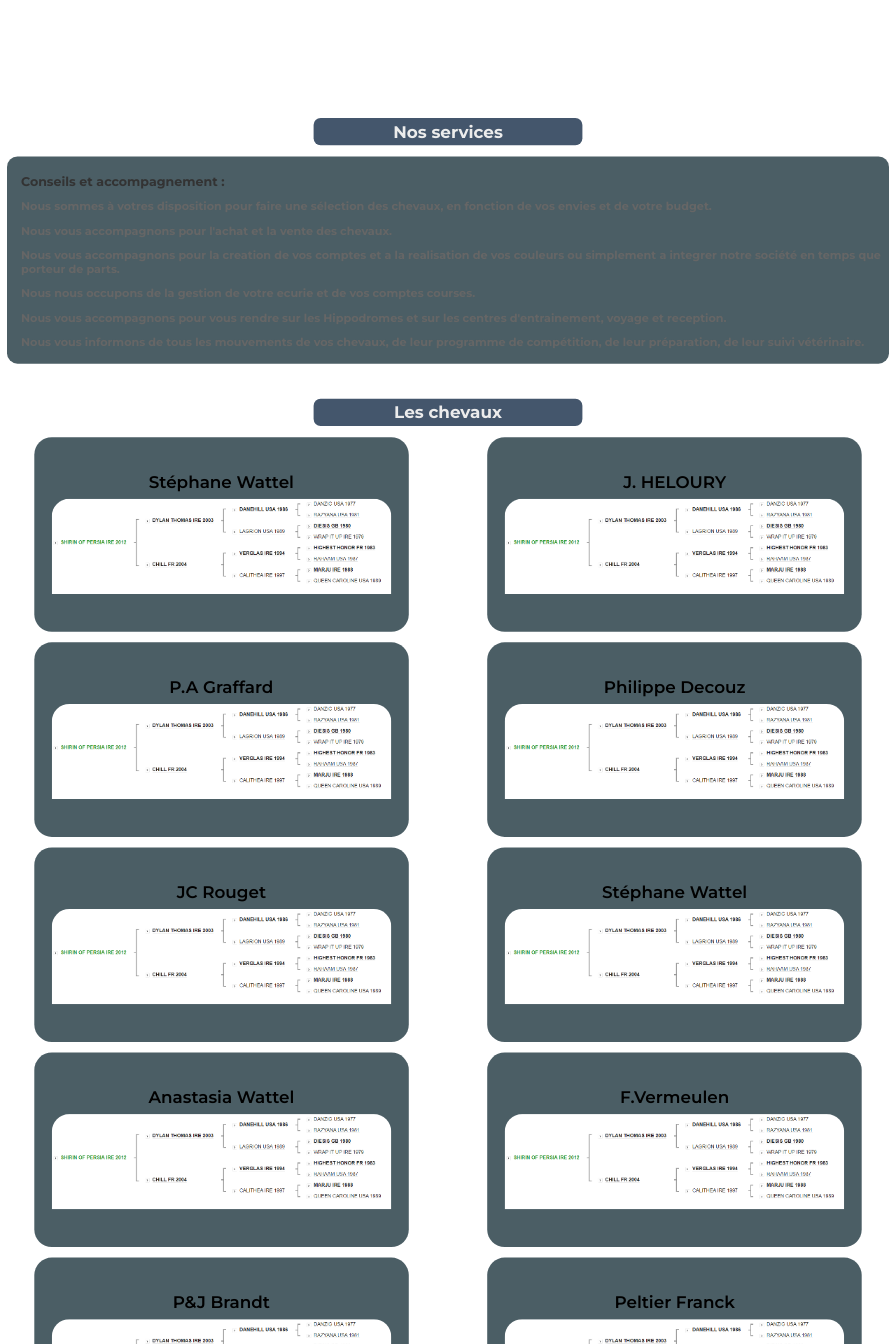
Repository: Vanitti/Site-web
Page: index.html
An editor plug-in stored every save of this project. The page is shown before and after the next save, followed by the edit.
The browser window is 1280 px wide. The pictures show the part of the page from y = 462 to 2382 px (the page is 4055 px tall), at 70% of full size.
Pictures or frames that could not be fetched are drawn as grey boxes. Some web libraries are served in a nearby version.

Above is the page before, as saved 2023-06-24 15:15:19.
Not found: app.js

After the next save:
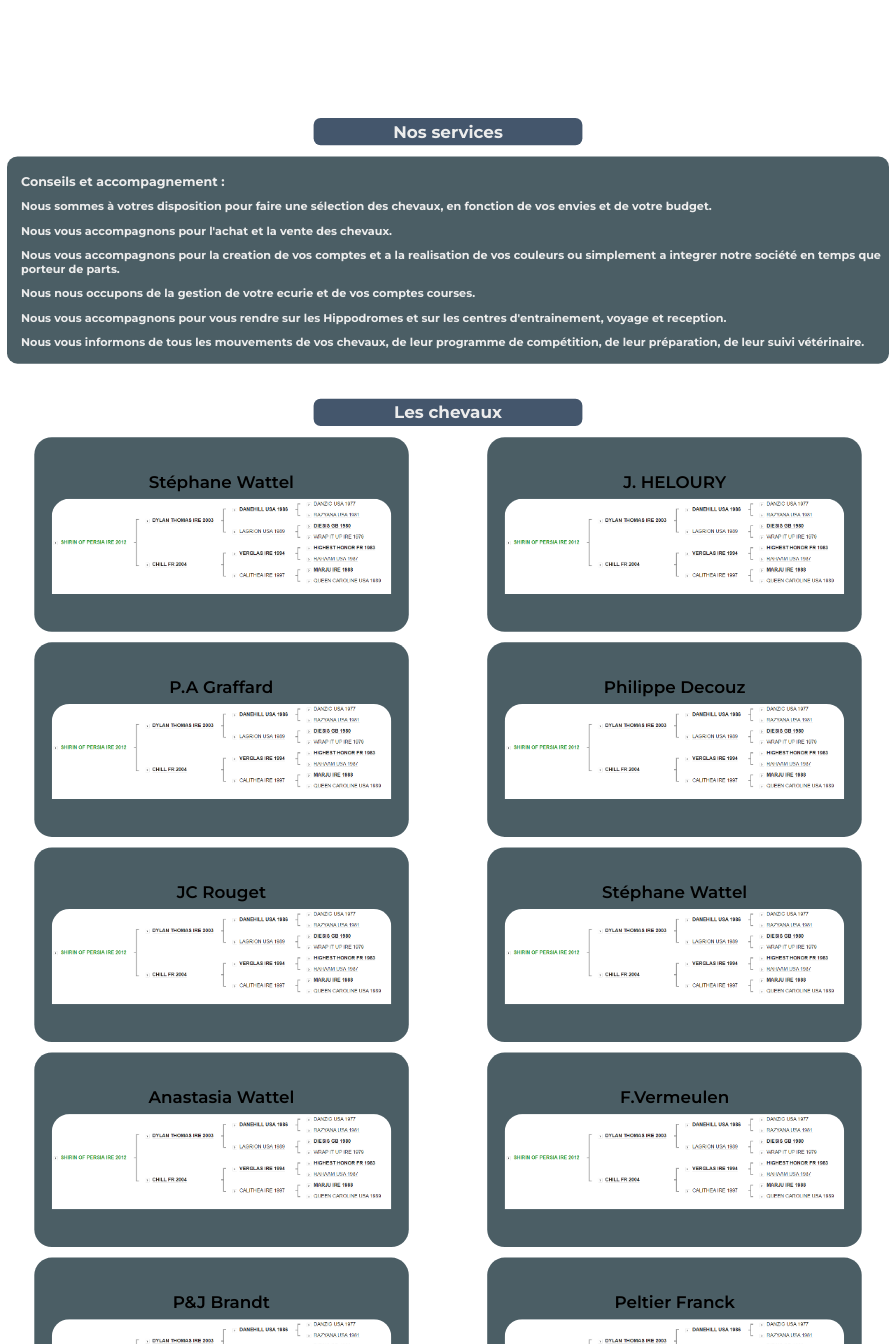
Saved 22 s later.
--- a/index.css
+++ b/index.css
@@ -43,14 +43,14 @@ header {
   .section-sous {
     font-size: 18px;
     font-weight: bold;
-    color: #333;
+    color: #ececec;
     margin-top: 20px;
     margin-left: 15px;
   }
 
   .texte {
     font-size: 16px;
-    color: #666;
+    color: #ececec;
     margin-top: 10px;
     margin-left: 15px;
   }
